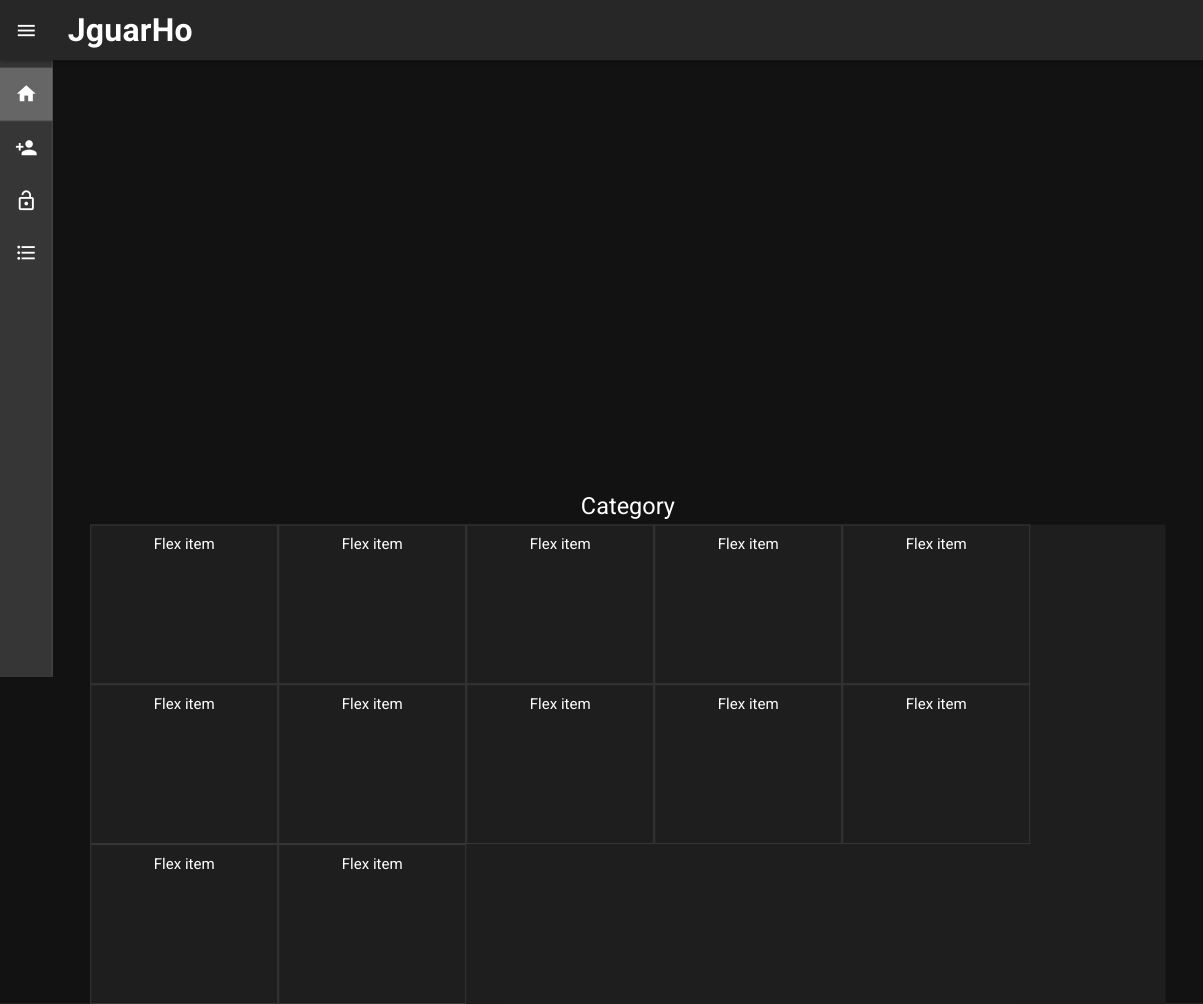
Repository: agent501/MRMS
Page: /
An editor plug-in stored every save of this project. The page is shown before and after the next save, followed by the edit.
The browser window is 1280 px wide. The pictures show the whole page, at 94% of full size.
The page's requests for data from a server got no answer. The project was rebuilt for these pictures with package versions that can differ from the ones it lists, and the page was loaded fresh each time. No one was signed in, and anything a server would have sent is missing. Also part of the build but not shown: vue.config.js, src/components/Product/products.vue, src/components/Product/product.vue, src/components/Product/createproduct.vue, src/components/User/signin.vue, src/components/User/signup.vue, src/components/User/profile.vue, src/components/Shared/Alert.vue and 2 more. Imported but missing from the stored project, and not drawn on this page: src/router/auth-guard.js.

Above is the page before, as saved 2020-08-05 11:29:39.

After the next save:
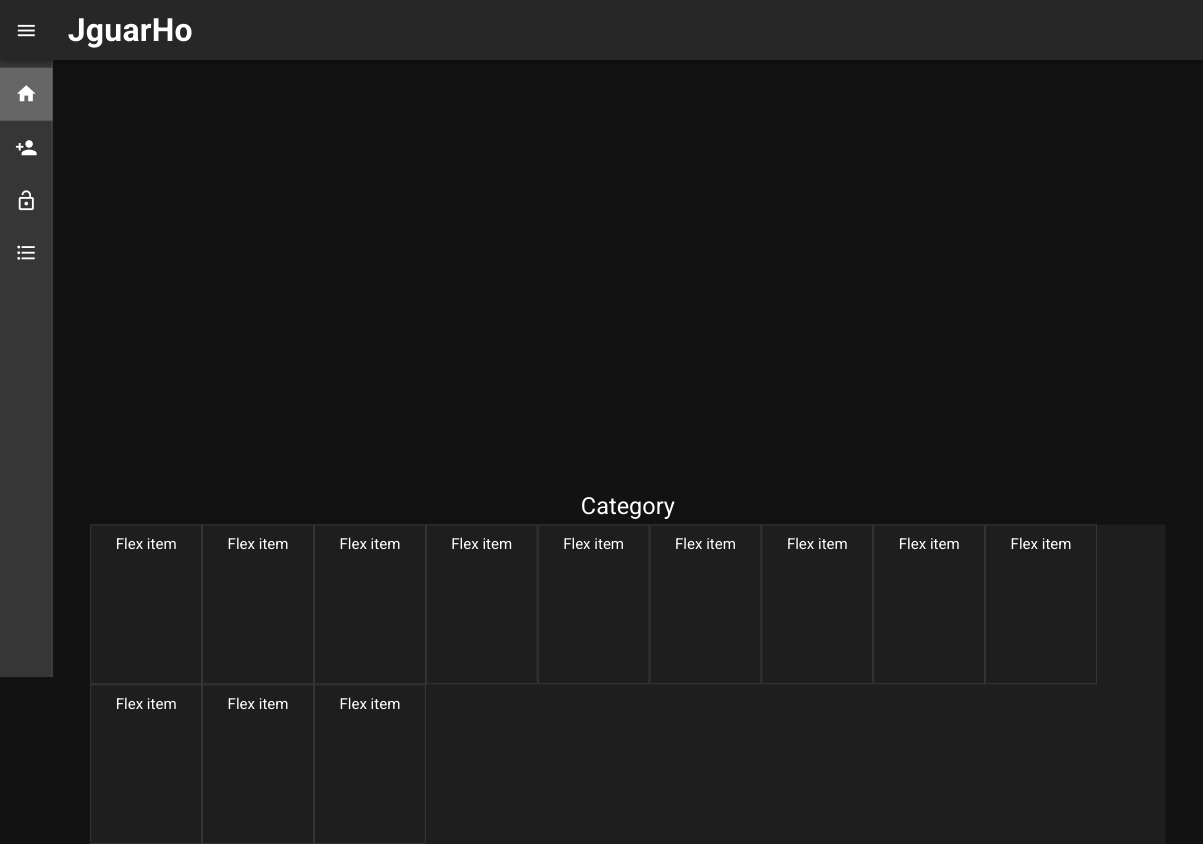
Saved 60 s later.
--- a/src/components/Home.vue
+++ b/src/components/Home.vue
@@ -41,7 +41,7 @@
           v-for="n in 12"
           :key="n"
           class="pa-2"
-          width="200"
+          width="119"
           height="170"
           outlined
           tile
